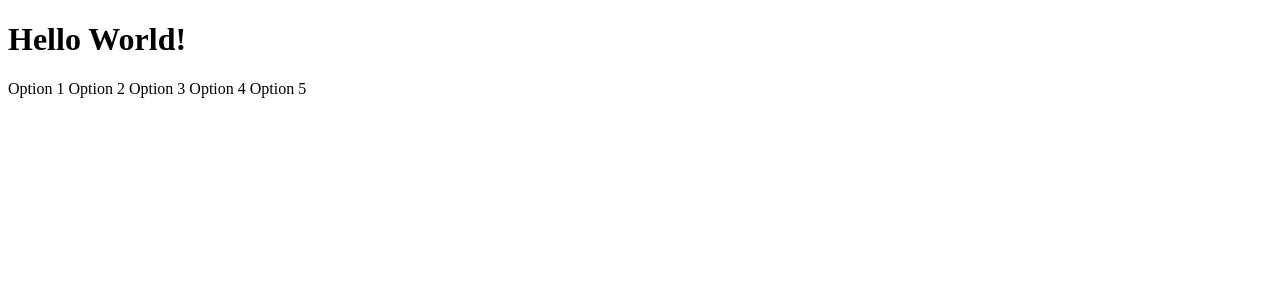
Repository: TimKral5/WikiPage
Page: pages/home.htm
An editor plug-in stored every save of this project. The page is shown before and after a run of saves, followed by the edit.
The browser window is 1280 px wide. The pictures show the whole page.

Above is the page before, as saved 2022-11-10 19:25:18.

### pages/home.htm
<!DOCTYPE html>
<html lang="en">
<head>
    <meta charset="UTF-8">
    <meta http-equiv="X-UA-Compatible" content="IE=edge">
    <meta name="viewport" content="width=device-width, initial-scale=1.0">
    <title>Test</title>
</head>
<body>
    <h1>Hello World!</h1>

    <bx-tabs trigger-content="Select an item" value="staging">
        <bx-tab id="tab-all" target="panel-all" value="all">Option 1</bx-tab>
        <bx-tab id="tab-cloudFoundry" target="panel-cloudFoundry" disabled value="cloudFoundry">Option 2</bx-tab>
        <bx-tab id="tab-staging" target="panel-staging" value="staging">Option 3</bx-tab>
        <bx-tab id="tab-dea" target="panel-dea" value="dea">Option 4</bx-tab>
        <bx-tab id="tab-router" target="panel-router" value="router">Option 5</bx-tab>
      </bx-tabs>
      <div class="bx-ce-demo-devenv--tab-panels">
        <div id="panel-all" role="tabpanel" aria-labelledby="tab-all" hidden>
          <h4>Content for option 1</h4>
          <p>
            Lorem ipsum dolor sit amet, consectetur adipiscing elit, sed do eiusmod tempor incididunt ut labore et dolore magna aliqua.
            Ut enim ad minim veniam, quis nostrud exercitation ullamco laboris nisi ut aliquip ex ea commodo consequat.
          </p>
        </div>
        <div id="panel-cloudFoundry" role="tabpanel" aria-labelledby="tab-cloudFoundry" hidden>
          <h4>Content for option 2</h4>
          <p>
            Lorem ipsum dolor sit amet, consectetur adipiscing elit, sed do eiusmod tempor incididunt ut labore et dolore magna aliqua.
            Ut enim ad minim veniam, quis nostrud exercitation ullamco laboris nisi ut aliquip ex ea commodo consequat.
          </p>
        </div>
        <div id="panel-staging" role="tabpanel" aria-labelledby="tab-staging" hidden>
          <h4>Content for option 3</h4>
          <p>
            Lorem ipsum dolor sit amet, consectetur adipiscing elit, sed do eiusmod tempor incididunt ut labore et dolore magna aliqua.
            Ut enim ad minim veniam, quis nostrud exercitation ullamco laboris nisi ut aliquip ex ea commodo consequat.
          </p>
        </div>
        <div id="panel-dea" role="tabpanel" aria-labelledby="tab-dea" hidden>
          <h4>Content for option 4</h4>
          <p>
            Lorem ipsum dolor sit amet, consectetur adipiscing elit, sed do eiusmod tempor incididunt ut labore et dolore magna aliqua.
            Ut enim ad minim veniam, quis nostrud exercitation ullamco laboris nisi ut aliquip ex ea commodo consequat.
          </p>
        </div>
        <div id="panel-router" role="tabpanel" aria-labelledby="tab-router" hidden>
          <h4>Content for option 5</h4>
          <p>
            Lorem ipsum dolor sit amet, consectetur adipiscing elit, sed do eiusmod tempor incididunt ut labore et dolore magna aliqua.
            Ut enim ad minim veniam, quis nostrud exercitation ullamco laboris nisi ut aliquip ex ea commodo consequat.
          </p>
        </div>
      </div>
</body>
</html>

After the next 2 saves:
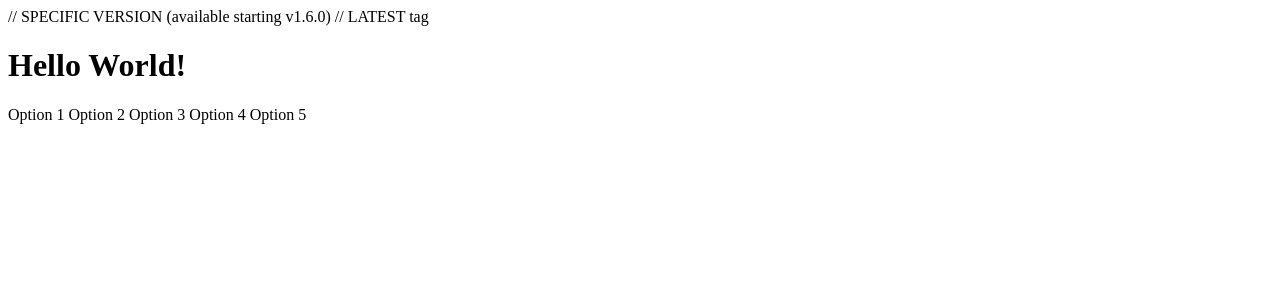
The 2 saves are shown as one change because they came seconds apart.
The last was saved 18 s later.
--- a/pages/home.htm
+++ b/pages/home.htm
@@ -1,11 +1,21 @@
 <!DOCTYPE html>
 <html lang="en">
+
 <head>
     <meta charset="UTF-8">
     <meta http-equiv="X-UA-Compatible" content="IE=edge">
     <meta name="viewport" content="width=device-width, initial-scale=1.0">
     <title>Test</title>
+
+    // SPECIFIC VERSION (available starting v1.6.0)
+    <script type="module"
+        src="https://1.www.s81c.com/common/carbon/web-components/version/v1.21.0/tabs.min.js"></script>
+
+
+    // LATEST tag
+    <script type="module" src="https://1.www.s81c.com/common/carbon/web-components/tag/v1/latest/tabs.min.js"></script>
 </head>
+
 <body>
     <h1>Hello World!</h1>
 
@@ -15,43 +25,54 @@
         <bx-tab id="tab-staging" target="panel-staging" value="staging">Option 3</bx-tab>
         <bx-tab id="tab-dea" target="panel-dea" value="dea">Option 4</bx-tab>
         <bx-tab id="tab-router" target="panel-router" value="router">Option 5</bx-tab>
-      </bx-tabs>
-      <div class="bx-ce-demo-devenv--tab-panels">
+    </bx-tabs>
+    <div class="bx-ce-demo-devenv--tab-panels">
         <div id="panel-all" role="tabpanel" aria-labelledby="tab-all" hidden>
-          <h4>Content for option 1</h4>
-          <p>
-            Lorem ipsum dolor sit amet, consectetur adipiscing elit, sed do eiusmod tempor incididunt ut labore et dolore magna aliqua.
-            Ut enim ad minim veniam, quis nostrud exercitation ullamco laboris nisi ut aliquip ex ea commodo consequat.
-          </p>
+            <h4>Content for option 1</h4>
+            <p>
+                Lorem ipsum dolor sit amet, consectetur adipiscing elit, sed do eiusmod tempor incididunt ut labore et
+                dolore magna aliqua.
+                Ut enim ad minim veniam, quis nostrud exercitation ullamco laboris nisi ut aliquip ex ea commodo
+                consequat.
+            </p>
         </div>
         <div id="panel-cloudFoundry" role="tabpanel" aria-labelledby="tab-cloudFoundry" hidden>
-          <h4>Content for option 2</h4>
-          <p>
-            Lorem ipsum dolor sit amet, consectetur adipiscing elit, sed do eiusmod tempor incididunt ut labore et dolore magna aliqua.
-            Ut enim ad minim veniam, quis nostrud exercitation ullamco laboris nisi ut aliquip ex ea commodo consequat.
-          </p>
+            <h4>Content for option 2</h4>
+            <p>
+                Lorem ipsum dolor sit amet, consectetur adipiscing elit, sed do eiusmod tempor incididunt ut labore et
+                dolore magna aliqua.
+                Ut enim ad minim veniam, quis nostrud exercitation ullamco laboris nisi ut aliquip ex ea commodo
+                consequat.
+            </p>
         </div>
         <div id="panel-staging" role="tabpanel" aria-labelledby="tab-staging" hidden>
-          <h4>Content for option 3</h4>
-          <p>
-            Lorem ipsum dolor sit amet, consectetur adipiscing elit, sed do eiusmod tempor incididunt ut labore et dolore magna aliqua.
-            Ut enim ad minim veniam, quis nostrud exercitation ullamco laboris nisi ut aliquip ex ea commodo consequat.
-          </p>
+            <h4>Content for option 3</h4>
+            <p>
+                Lorem ipsum dolor sit amet, consectetur adipiscing elit, sed do eiusmod tempor incididunt ut labore et
+                dolore magna aliqua.
+                Ut enim ad minim veniam, quis nostrud exercitation ullamco laboris nisi ut aliquip ex ea commodo
+                consequat.
+            </p>
         </div>
         <div id="panel-dea" role="tabpanel" aria-labelledby="tab-dea" hidden>
-          <h4>Content for option 4</h4>
-          <p>
-            Lorem ipsum dolor sit amet, consectetur adipiscing elit, sed do eiusmod tempor incididunt ut labore et dolore magna aliqua.
-            Ut enim ad minim veniam, quis nostrud exercitation ullamco laboris nisi ut aliquip ex ea commodo consequat.
-          </p>
+            <h4>Content for option 4</h4>
+            <p>
+                Lorem ipsum dolor sit amet, consectetur adipiscing elit, sed do eiusmod tempor incididunt ut labore et
+                dolore magna aliqua.
+                Ut enim ad minim veniam, quis nostrud exercitation ullamco laboris nisi ut aliquip ex ea commodo
+                consequat.
+            </p>
         </div>
         <div id="panel-router" role="tabpanel" aria-labelledby="tab-router" hidden>
-          <h4>Content for option 5</h4>
-          <p>
-            Lorem ipsum dolor sit amet, consectetur adipiscing elit, sed do eiusmod tempor incididunt ut labore et dolore magna aliqua.
-            Ut enim ad minim veniam, quis nostrud exercitation ullamco laboris nisi ut aliquip ex ea commodo consequat.
-          </p>
+            <h4>Content for option 5</h4>
+            <p>
+                Lorem ipsum dolor sit amet, consectetur adipiscing elit, sed do eiusmod tempor incididunt ut labore et
+                dolore magna aliqua.
+                Ut enim ad minim veniam, quis nostrud exercitation ullamco laboris nisi ut aliquip ex ea commodo
+                consequat.
+            </p>
         </div>
-      </div>
+    </div>
 </body>
+
 </html>

After the save that followed:
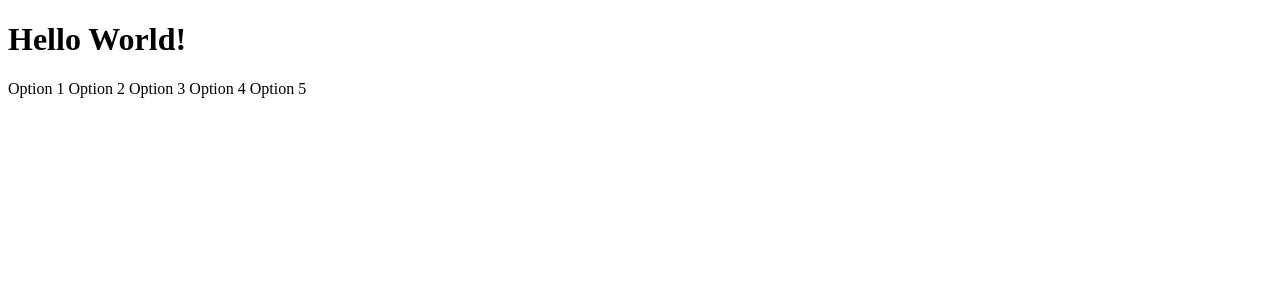
Saved 63 s later.
--- a/pages/home.htm
+++ b/pages/home.htm
@@ -7,12 +7,8 @@
     <meta name="viewport" content="width=device-width, initial-scale=1.0">
     <title>Test</title>
 
-    // SPECIFIC VERSION (available starting v1.6.0)
     <script type="module"
         src="https://1.www.s81c.com/common/carbon/web-components/version/v1.21.0/tabs.min.js"></script>
-
-
-    // LATEST tag
     <script type="module" src="https://1.www.s81c.com/common/carbon/web-components/tag/v1/latest/tabs.min.js"></script>
 </head>
 
